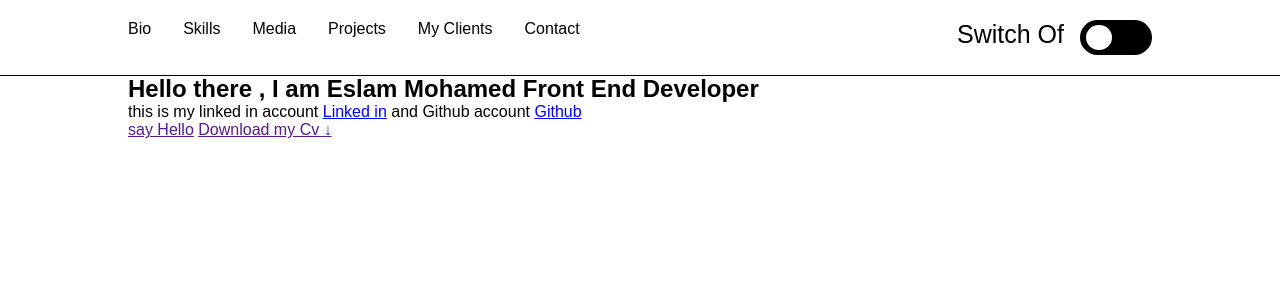
Repository: Eslam0Mohamed/portfolio
Page: index.html
These files come from the project's save history. The page is drawn as it stood at one moment and after a run of saves; the edit follows.
The browser window is 1280 px wide. The pictures show the whole page.

Above is the page before, as saved 2024-07-13 23:59:11.

After the next 2 saves:
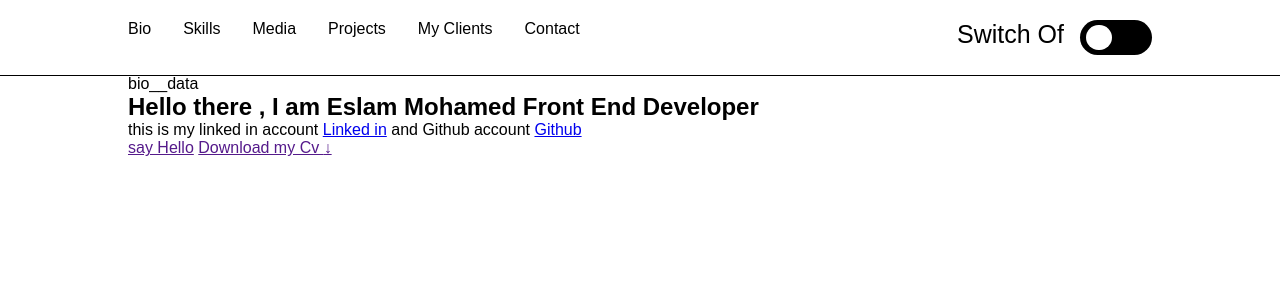
The 2 saves are shown as one change because they came seconds apart.
The last was saved 7 s later.
--- a/index.html
+++ b/index.html
@@ -44,7 +44,7 @@
         </div>
       </header>
       <section id="bio" class="bio">
-
+        bio__data
         <h1 class="bio__heading">
           Hello there , I am Eslam Mohamed Front End Developer
         </h1>

After the 2 saves that followed:
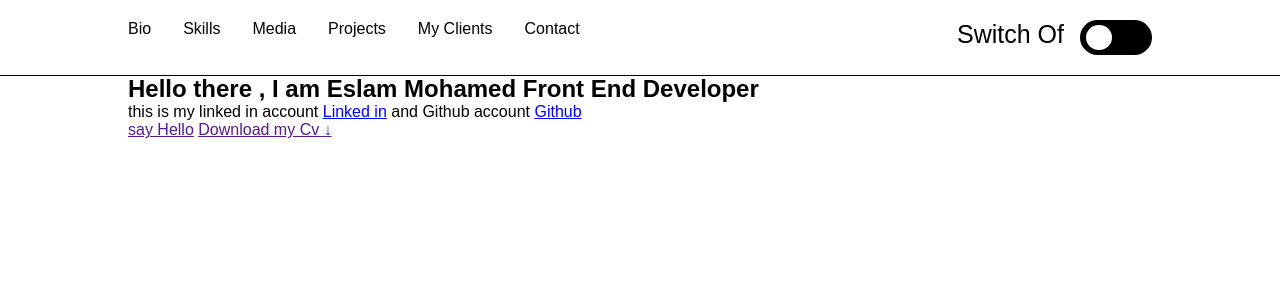
The 2 saves are shown as one change because they came seconds apart.
The last was saved 7 s later.
--- a/index.html
+++ b/index.html
@@ -44,7 +44,7 @@
         </div>
       </header>
       <section id="bio" class="bio">
-        bio__data
+        <div class="bio__data"></div>
         <h1 class="bio__heading">
           Hello there , I am Eslam Mohamed Front End Developer
         </h1>
